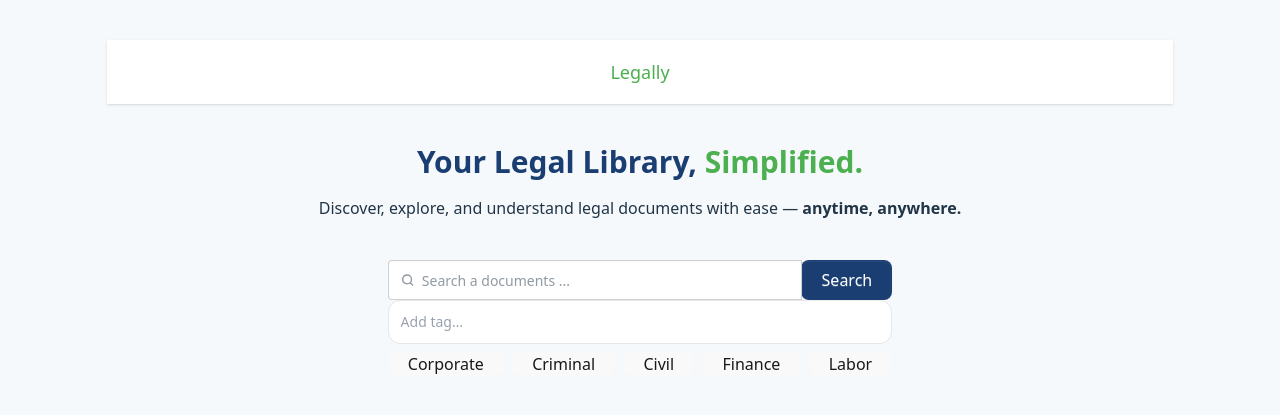
Repository: OdinPie/legal-search-acmeai
Page: / (app in legal-frontend/)
These files come from the project's save history. The page is drawn as it stood at one moment and after the next save; the edit follows.
The browser window is 1280 px wide. The pictures show the whole page.
The project was rebuilt for these pictures with package versions that can differ from the ones it lists, and the page was loaded fresh each time. Also part of the build but not shown: legal-frontend/vite.config.js.

Above is the page before, as saved 2025-11-05 22:25:34.

### legal-frontend/index.html
<!doctype html>
<html lang="en">
  <head>
    <meta charset="UTF-8" />
    <link rel="icon" type="image/svg+xml" href="/vite.svg" />
    <meta name="viewport" content="width=device-width, initial-scale=1.0" />
    <title>legal-frontend</title>
  </head>
  <body>
    <div id="root"></div>
    <script type="module" src="/src/main.jsx"></script>
  </body>
</html>

### legal-frontend/src/App.jsx
import './App.css'
import Home from './pages/Home'

function App() {

  return (
    <>
      <Home></Home>
    </>
  )
}

export default App

### legal-frontend/src/App.css
@import "tailwindcss";

@plugin "daisyui";

### legal-frontend/src/pages/Home.jsx
import React from 'react';
import SearchSection from '../components/SearchSection';
import Navbar from '../components/Navbar';
import Banner from '../components/Banner';
const Home = () => {
    return (
        <div className='bg-[#F6F9FC] min-h-screen min-w-screen'>
            <Navbar></Navbar>
            <Banner></Banner>
            {/* <SearchSection></SearchSection> */}
            {/* Your Legal Library, Simplified.
                Discover, explore, and understand legal documents with ease — anytime, anywhere. */}
        </div>
    );
};

export default Home;

### legal-frontend/src/components/SearchSection.jsx
import { useState } from "react";
import TagBar from "./TagBar";

export default function SearchSection() {

  const [query, setQuery] = useState("");
  const [keywords, setKeywords] = useState([]);

  return (
    <div className="my-10">
      <div className="join w-full max-w-2xl mx-auto">
    <label className="input validator join-item flex-1 min-w-0">
      <svg className="h-[1em] opacity-50" xmlns="http://www.w3.org/2000/svg" viewBox="0 0 24 24">
    <g
      strokeLinejoin="round"
      strokeLinecap="round"
      strokeWidth="2.5"
      fill="none"
      stroke="currentColor"
    >
      <circle cx="11" cy="11" r="8"></circle>
      <path d="m21 21-4.3-4.3"></path>
    </g>
  </svg>
      <input className="grow" type="text" placeholder="Search a documents ..." required />
    </label>

  <button className="btn join-item !bg-[#1A3E72] !text-white" >Search</button>
</div>
    <TagBar value={keywords} onChange={setKeywords} />
    </div>
  );
}

### legal-frontend/src/components/Navbar.jsx
export default function Navbar() {

  return (
    <div className="flex justify-center sticky top-10 ">
        <div className="navbar bg-base-100 shadow-sm sticky z-10 w-10/12">
    <div className="flex justify-center w-full">
        <a className="btn btn-ghost text-lg !text-[#4CAF50]">Legally</a>
    </div>
    </div>
    </div>
  );
}

### legal-frontend/src/components/Banner.jsx
import React from 'react';
import SearchSection from './SearchSection';

const Banner = () => {
    return (
        <div>
            <div className='flex flex-col items-center justify-center text-center mt-20'>
                {/*Banner writings here  */}
                <h1 className='!text-3xl font-bold text-[#1A3E72]'>Your Legal Library, <span className='text-[#4CAF50]'>Simplified.</span></h1>
                <p className='mt-4'>Discover, explore, and understand legal documents with ease — <span className='font-bold'>anytime, anywhere.</span></p>
                <SearchSection></SearchSection>
            </div>
        </div>
    );
};

export default Banner;

### legal-frontend/src/components/TagBar.jsx
import { useState, useRef } from "react";

const maxTags = 5;
const suggetions = ["Corporate", "Criminal", "Civil", "Finance", "Labor"];

export default function TagBar({ value = [], onChange }) {
  const [input, setInput] = useState("");

  const addTag = (raw) => {
    const tag = raw.trim().replace(/^#/, "");
    if (!tag) return;
    const norm = tag.toLowerCase();
    const has = value.some(t => t.toLowerCase() === norm);
    if (has || value.length >= maxTags) return;
    onChange([...value, tag]);
    setInput("");
  };

  const removeTag = (tag) => onChange(value.filter(t => t !== tag));

  const handleKeyDown = (e) => {
    if (["Enter", "Comma", ","].includes(e.key) || e.key === " ") {
      e.preventDefault();
      addTag(input);
    } else if (e.key === "Backspace" && !input && value.length) {
      removeTag(value[value.length - 1]);
    }
  };

  const atLimit = value.length >= maxTags;

  return (
    <div className="space-y-2">
      {/* TAG BAR */}
      <div
        className="flex items-center gap-2 overflow-x-auto no-scrollbar h-11 w-full rounded-xl border border-gray-200 bg-white px-3"
        role="listbox"
        aria-label="Selected tags"
      >
        {value.map(tag => (
          <span
            key={tag}
            className="inline-flex items-center gap-1 rounded-full bg-blue-50 text-blue-800 border border-blue-200 px-3 py-1 text-sm"
          >
            #{tag}
            <button
              aria-label={`Remove ${tag}`}
              onClick={() => removeTag(tag)}
              className="ml-1 rounded-full px-1 hover:bg-blue-100"
            >
              ✕
            </button>
          </span>
        ))}

        {/* inline input inside the bar */}
        <input
          value={input}
          onChange={(e) => setInput(e.target.value)}
          onKeyDown={handleKeyDown}
          disabled={atLimit}
          placeholder={atLimit ? "Max tags reached" : "Add tag…"}
          className="min-w-[8ch] flex-1 bg-transparent outline-none text-sm placeholder-gray-400"
        />
      </div>

      <div className="flex flex-wrap gap-2">
        {suggetions.map(s => {
          const taken = value.some(t => t.toLowerCase() === s.toLowerCase());
          return (
            <button
              key={s}
              disabled={taken || atLimit}
              onClick={() => addTag(s)}
              className={`btn btn-xs text-sm
                ${taken ? "border-gray-200 text-gray-400 cursor-not-allowed"
                        : "border-gray-300 hover:bg-blue-50 hover:border-blue-400"}`}
            >
              {s}
            </button>
          );
        })}
      </div>
    </div>
  );
}

Loaded but not shown: legal-frontend/src/main.jsx (common file); legal-frontend/src/index.css (common file)

After the next save:
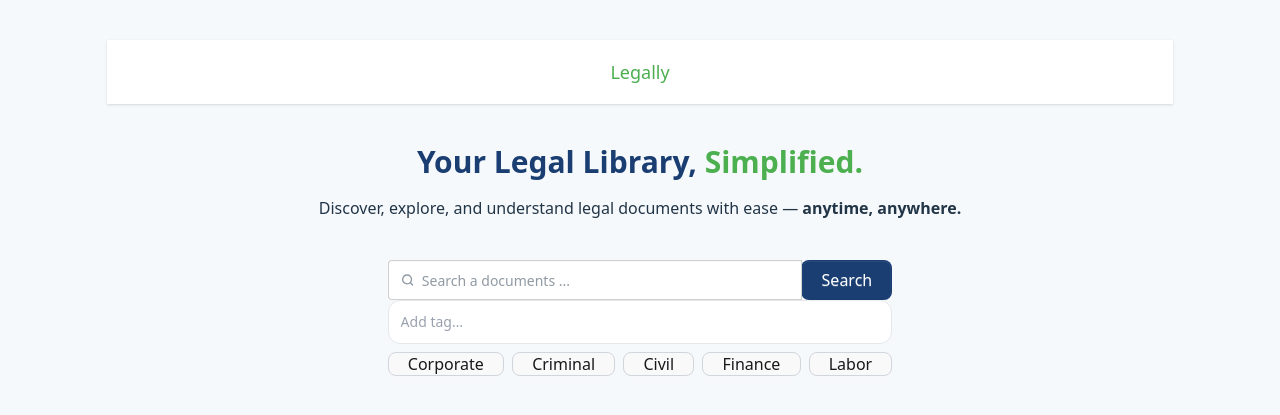
Saved 4 s later.
--- a/legal-frontend/src/components/TagBar.jsx
+++ b/legal-frontend/src/components/TagBar.jsx
@@ -74,7 +74,7 @@ export default function TagBar({ value = [], onChange }) {
               onClick={() => addTag(s)}
               className={`btn btn-xs text-sm
                 ${taken ? "border-gray-200 text-gray-400 cursor-not-allowed"
-                        : "border-gray-300 hover:bg-blue-50 hover:border-blue-400"}`}
+                        : "!border-gray-300 hover:bg-blue-50 hover:border-blue-400"}`}
             >
               {s}
             </button>
